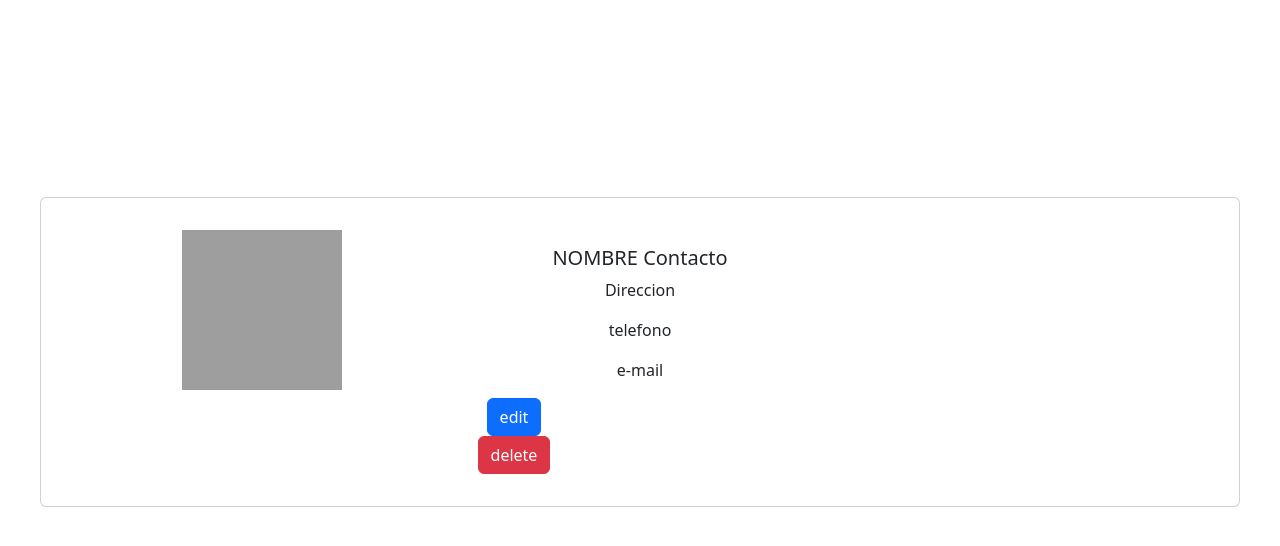
Repository: Cyttariasp/react-router-contact-list
Page: /edit (app in contact-list/)
The author's editor kept a copy of each file at every save. The page is drawn from the files as they stood at one save, then again after the next save.
The browser window is 1280 px wide. The pictures show the whole page.
Pictures or frames that could not be fetched are drawn as grey boxes. The project was rebuilt for these pictures with package versions that can differ from the ones it lists, and the page was loaded fresh each time. Also part of the build but not shown: contact-list/vite.config.js, contact-list/src/views/Home.jsx, contact-list/src/views/Contact.jsx.

Above is the page before, as saved 2025-07-21 10:49:11.

### contact-list/src/App.jsx
// import { useState } from "react";
import "./App.css";
import { BrowserRouter, Routes, Route } from "react-router-dom";
import Home from "./views/Home";
import Edit from "./views/Edit";
import Contact from "./views/Contact";
import "bootstrap/dist/css/bootstrap.min.css";

function App() {
  return (
    <>
      <BrowserRouter>
        <Routes>
          <Route exact path="/" element={<Home />} />
          <Route path="/edit" element={<Edit />} />
          <Route path="/contact" element={<Contact />} />
        </Routes>
      </BrowserRouter>
    </>
  );
}

export default App;

### contact-list/src/views/Edit.jsx
function Edit() {
  return (
    <div className="card mb-3" style={{ width: "75rem" }}>
      <div className="row g-0">
        <div className="col-md-4">
          <img
            src="https://images.pexels.com/photos/32935737/pexels-photo-32935737.jpeg"
            classNameName="d-flex card-img-left rounded-circle"
            style={{ width: "10rem", height: "10rem" }}
          />
        </div>
        <div className="col-md-4">
          <div className="card-body">
            <h5 className="card-title">NOMBRE Contacto</h5>
            <p className="card-text">Direccion</p>
            <p className="card-text">telefono</p>
            <p className="card-text">e-mail</p>
          </div>
          <div className="col-md-4">
            <button className="btn btn-primary">edit</button>
            <button className="btn btn-danger">delete</button>
          </div>
        </div>
      </div>
    </div>
  );
}

export default Edit;

Loaded but not shown: contact-list/index.html (common file); contact-list/src/main.jsx (common file); contact-list/src/index.css (common file); contact-list/src/App.css (common file)

After the next save:
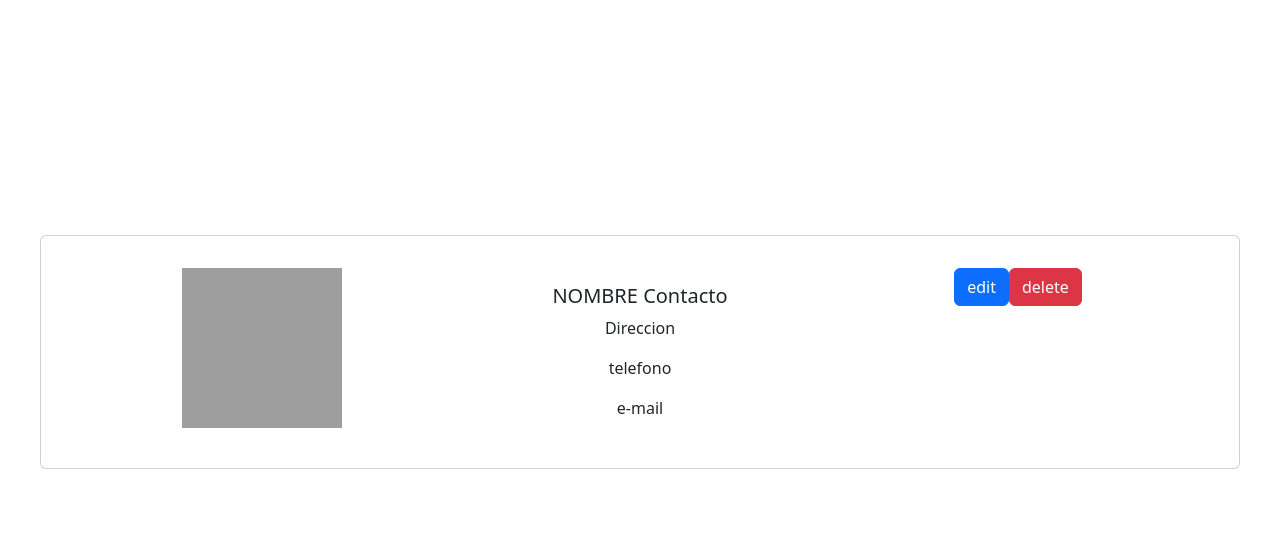
Saved 25 s later.
--- a/contact-list/src/views/Edit.jsx
+++ b/contact-list/src/views/Edit.jsx
@@ -16,10 +16,10 @@ function Edit() {
             <p className="card-text">telefono</p>
             <p className="card-text">e-mail</p>
           </div>
-          <div className="col-md-4">
-            <button className="btn btn-primary">edit</button>
-            <button className="btn btn-danger">delete</button>
-          </div>
+        </div>
+        <div className="col-md-4">
+          <button className="btn btn-primary">edit</button>
+          <button className="btn btn-danger">delete</button>
         </div>
       </div>
     </div>
